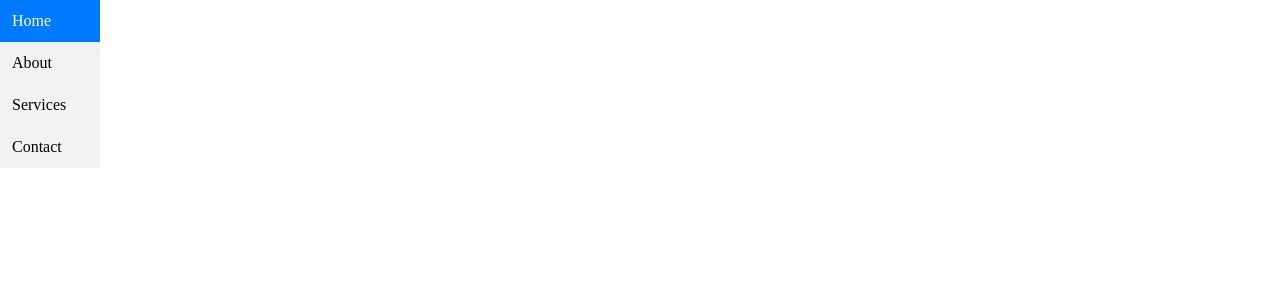
Repository: G1tHub-zer0/BTTH
Page: BTCSS/bai16+20.html
The author's editor kept a copy of each file at every save. The page is drawn from the files as they stood at one save, then again after the next save.
The browser window is 1280 px wide. The pictures show the whole page.

Above is the page before, as saved 2024-03-22 19:40:55.

After the next save:
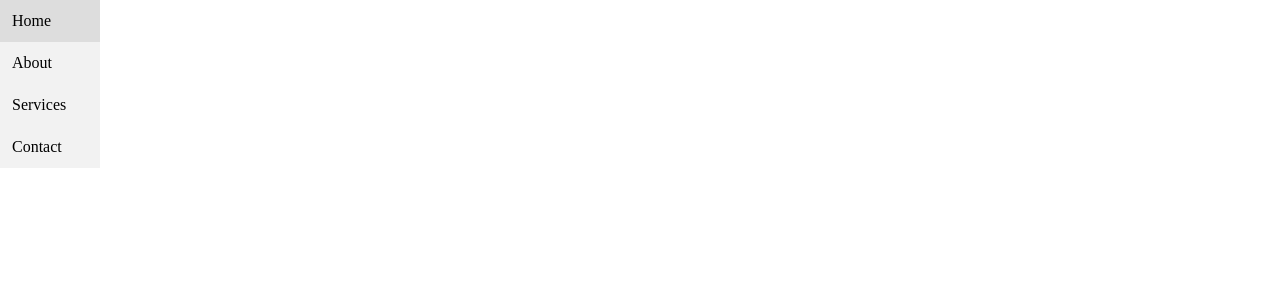
Saved 18 s later.
--- a/BTCSS/bai16+20.html
+++ b/BTCSS/bai16+20.html
@@ -11,7 +11,7 @@
 
 <body>
     <div class="menu">
-        <a href="#" class="active">Home</a>
+        <a href="#">Home</a>
         <a href="#">About</a>
         <a href="#">Services</a>
         <a href="#">Contact</a>
